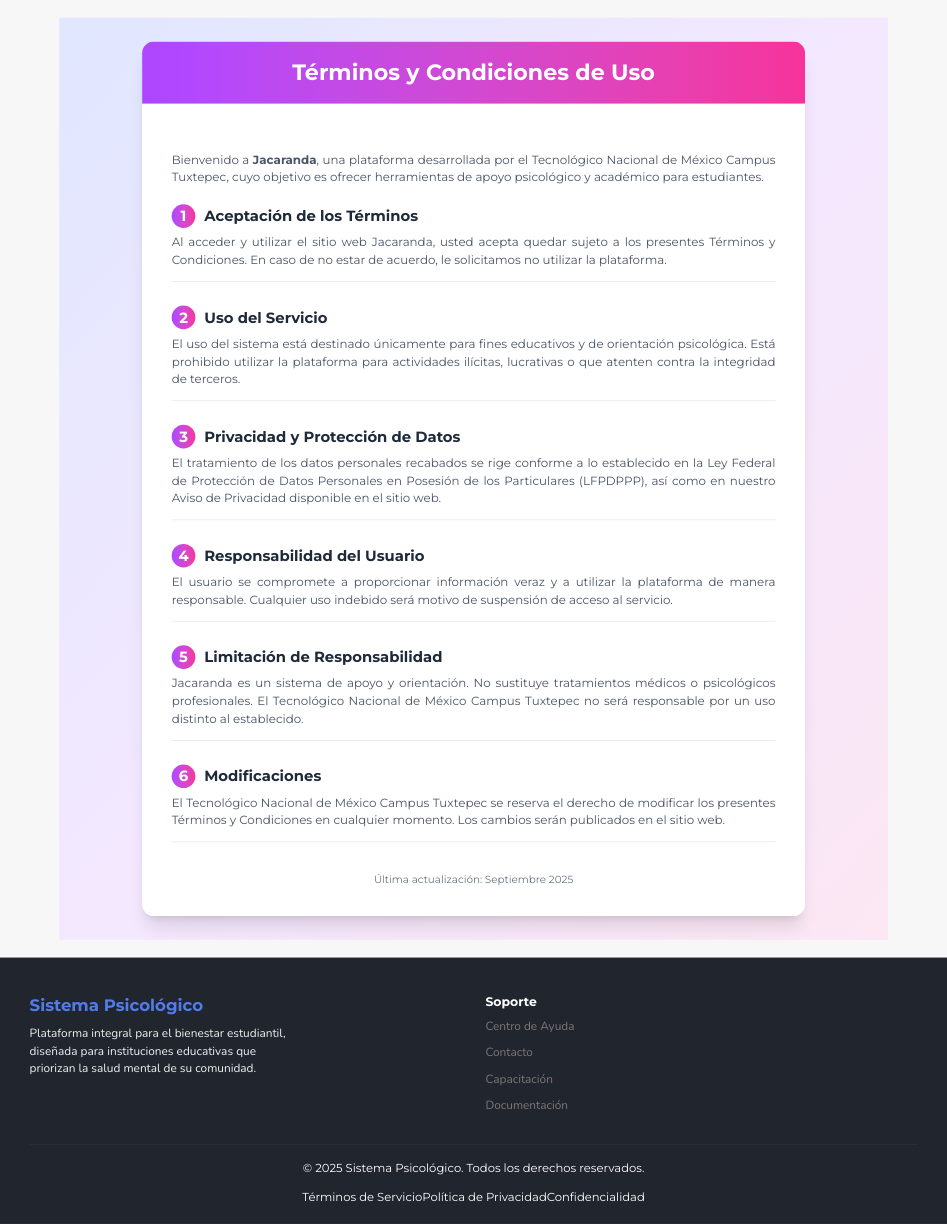
Repository: moon1710/SistemaPsico
Page: /terminos (app in client/)
These files come from the project's save history. The page is drawn as it stood at one moment and after the next save; the edit follows.
The browser window is 1280 px wide. The pictures show the whole page, at 74% of full size.
The project was rebuilt for these pictures with package versions that can differ from the ones it lists, and the page was loaded fresh each time. Also part of the build but not shown: client/vite.config.js, client/src/components/onboarding/onboardingConfig.js, client/src/components/onboarding/TutorialSteps.jsx, client/src/components/onboarding/WelcomeForm.jsx, client/src/components/onboarding/OnboardingModal.jsx, client/src/components/layout/AdaptiveSidebar/sidebarConfig.jsx, client/src/components/layout/AdaptiveSidebar/MenuItem.jsx, client/src/components/layout/AdaptiveSidebar/SidebarHeader.jsx and 40 more.

Above is the page before, as saved 2025-09-22 15:43:07.

After the next save:
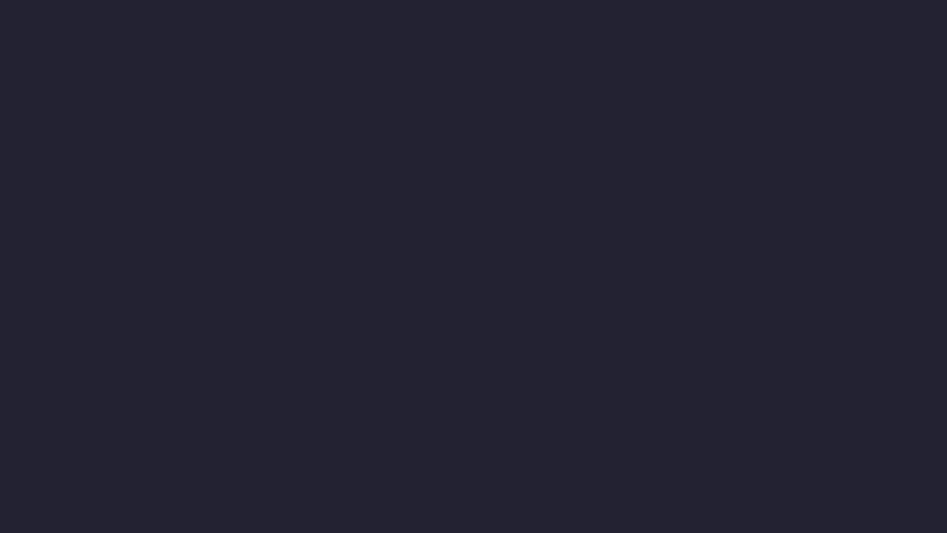
Console error: ReferenceError: pathname is not defined
Saved 103 s later.
--- a/client/src/pages/TerminosPage.jsx
+++ b/client/src/pages/TerminosPage.jsx
@@ -5,10 +5,10 @@
 
 
   return (
-      <div className="min-h-screen w-full bg-gradient-to-br from-indigo-100 via-purple-100 to-pink-100 p-8 flex items-center justify-center">
+      <div className="min-h-screen w-full bg-gradient-to-br from-blue-100 via-indigo-100 to-purple-100 p-8 flex items-center justify-center">
       <div className="max-w-4xl w-full bg-white shadow-xl rounded-2xl overflow-hidden">
         {/* Encabezado con barra de color */}
-        <div className="bg-gradient-to-r from-purple-500 to-pink-500 p-6">
+        <div className="bg-gradient-to-r from-indigo-500 to-purple-500 p-6">
           <h1 className="text-3xl font-bold text-white text-center">
             Términos y Condiciones de Uso
           </h1>
@@ -17,20 +17,21 @@
         {/* Contenido */}
         <div className="p-10">
           <p className="text-sm text-gray-500 mb-6">
+            Estás en: <code>{pathname}</code>
           </p>
 
           <p className="text-gray-600 mb-6 text-justify">
-            Bienvenido a <strong>Jacaranda</strong>, una plataforma desarrollada
-            por el Tecnológico Nacional de México Campus Tuxtepec, cuyo objetivo
-            es ofrecer herramientas de apoyo psicológico y académico para
-            estudiantes.
+            Bienvenido a <strong>Sistema Psicológico Integral</strong>, una
+            plataforma desarrollada por el Tecnológico Nacional de México Campus
+            Tuxtepec, cuyo objetivo es ofrecer herramientas de apoyo psicológico
+            y académico para estudiantes.
           </p>
 
           {/* Secciones */}
           <Section
             number="1"
             title="Aceptación de los Términos"
-            text="Al acceder y utilizar el sitio web Jacaranda, usted acepta quedar sujeto a los presentes Términos y Condiciones. En caso de no estar de acuerdo, le solicitamos no utilizar la plataforma."
+            text="Al acceder y utilizar el sitio web Sistema Psicológico Integral, usted acepta quedar sujeto a los presentes Términos y Condiciones. En caso de no estar de acuerdo, le solicitamos no utilizar la plataforma."
           />
           <Section
             number="2"
@@ -50,7 +51,7 @@
           <Section
             number="5"
             title="Limitación de Responsabilidad"
-            text="Jacaranda es un sistema de apoyo y orientación. No sustituye tratamientos médicos o psicológicos profesionales. El Tecnológico Nacional de México Campus Tuxtepec no será responsable por un uso distinto al establecido."
+            text="Sistema Psicológico Integral es un sistema de apoyo y orientación. No sustituye tratamientos médicos o psicológicos profesionales. El Tecnológico Nacional de México Campus Tuxtepec no será responsable por un uso distinto al establecido."
           />
           <Section
             number="6"
@@ -66,18 +67,3 @@
     </div>
   );
 }
-
-function Section({ number, title, text }) {
-  return (
-    <div className="mb-8">
-      <h2 className="flex items-center text-xl font-semibold text-gray-800 mb-2">
-        <span className="flex items-center justify-center w-8 h-8 mr-3 rounded-full bg-gradient-to-r from-purple-500 to-pink-500 text-white font-bold">
-          {number}
-        </span>
-        {title}
-      </h2>
-      <p className="text-gray-600 text-justify">{text}</p>
-      <div className="border-b border-gray-200 mt-4"></div>
-    </div>
-  );
-}

After the 2 saves that followed:
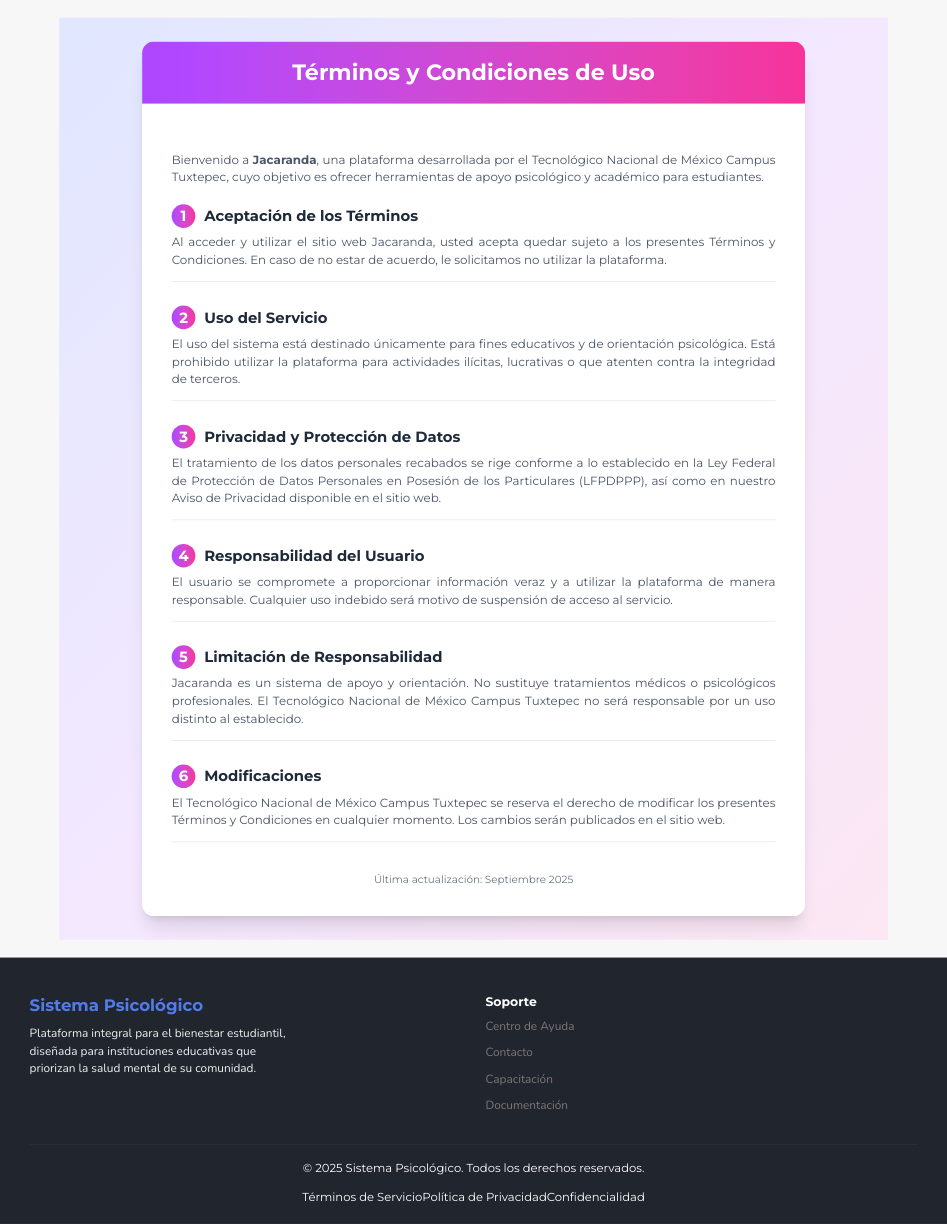
The error is gone.
The 2 saves are shown as one change because 1 left the picture as it was.
The last was saved 59 s later.
--- a/client/src/pages/TerminosPage.jsx
+++ b/client/src/pages/TerminosPage.jsx
@@ -5,10 +5,10 @@
 
 
   return (
-      <div className="min-h-screen w-full bg-gradient-to-br from-blue-100 via-indigo-100 to-purple-100 p-8 flex items-center justify-center">
+      <div className="min-h-screen w-full bg-gradient-to-br from-indigo-100 via-purple-100 to-pink-100 p-8 flex items-center justify-center">
       <div className="max-w-4xl w-full bg-white shadow-xl rounded-2xl overflow-hidden">
         {/* Encabezado con barra de color */}
-        <div className="bg-gradient-to-r from-indigo-500 to-purple-500 p-6">
+        <div className="bg-gradient-to-r from-purple-500 to-pink-500 p-6">
           <h1 className="text-3xl font-bold text-white text-center">
             Términos y Condiciones de Uso
           </h1>
@@ -17,21 +17,20 @@
         {/* Contenido */}
         <div className="p-10">
           <p className="text-sm text-gray-500 mb-6">
-            Estás en: <code>{pathname}</code>
           </p>
 
           <p className="text-gray-600 mb-6 text-justify">
-            Bienvenido a <strong>Sistema Psicológico Integral</strong>, una
-            plataforma desarrollada por el Tecnológico Nacional de México Campus
-            Tuxtepec, cuyo objetivo es ofrecer herramientas de apoyo psicológico
-            y académico para estudiantes.
+            Bienvenido a <strong>Jacaranda</strong>, una plataforma desarrollada
+            por el Tecnológico Nacional de México Campus Tuxtepec, cuyo objetivo
+            es ofrecer herramientas de apoyo psicológico y académico para
+            estudiantes.
           </p>
 
           {/* Secciones */}
           <Section
             number="1"
             title="Aceptación de los Términos"
-            text="Al acceder y utilizar el sitio web Sistema Psicológico Integral, usted acepta quedar sujeto a los presentes Términos y Condiciones. En caso de no estar de acuerdo, le solicitamos no utilizar la plataforma."
+            text="Al acceder y utilizar el sitio web Jacaranda, usted acepta quedar sujeto a los presentes Términos y Condiciones. En caso de no estar de acuerdo, le solicitamos no utilizar la plataforma."
           />
           <Section
             number="2"
@@ -51,7 +50,7 @@
           <Section
             number="5"
             title="Limitación de Responsabilidad"
-            text="Sistema Psicológico Integral es un sistema de apoyo y orientación. No sustituye tratamientos médicos o psicológicos profesionales. El Tecnológico Nacional de México Campus Tuxtepec no será responsable por un uso distinto al establecido."
+            text="Jacaranda es un sistema de apoyo y orientación. No sustituye tratamientos médicos o psicológicos profesionales. El Tecnológico Nacional de México Campus Tuxtepec no será responsable por un uso distinto al establecido."
           />
           <Section
             number="6"
@@ -67,3 +66,18 @@
     </div>
   );
 }
+
+function Section({ number, title, text }) {
+  return (
+    <div className="mb-8">
+      <h2 className="flex items-center text-xl font-semibold text-gray-800 mb-2">
+        <span className="flex items-center justify-center w-8 h-8 mr-3 rounded-full bg-gradient-to-r from-purple-500 to-pink-500 text-white font-bold">
+          {number}
+        </span>
+        {title}
+      </h2>
+      <p className="text-gray-600 text-justify">{text}</p>
+      <div className="border-b border-gray-200 mt-4"></div>
+    </div>
+  );
+}
